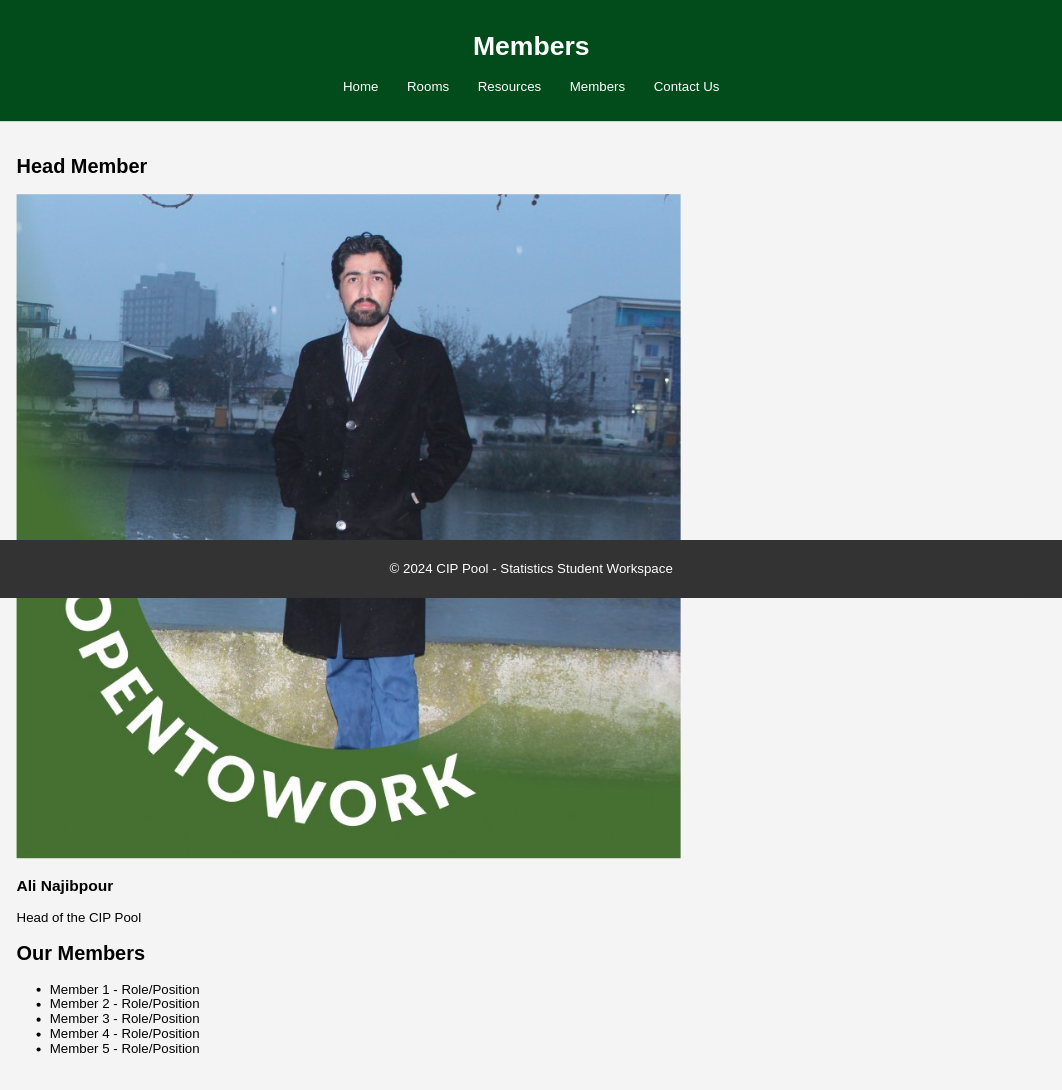
Repository: anjalisarawgi/cip_website
Page: members.html
The author's editor kept a copy of each file at every save. The page is drawn from the files as they stood at one save, then again after the next save.
The browser window is 1280 px wide. The pictures show the whole page, at 83% of full size.

Above is the page before, as saved 2024-06-14 11:47:36.

### members.html
<!DOCTYPE html>
<html lang="en">
<head>
    <meta charset="UTF-8">
    <meta name="viewport" content="width=device-width, initial-scale=1.0">
    <title>Members - CIP Pool</title>
    <link rel="stylesheet" href="styles.css">
</head>
<body>
    <header>
        <h1>Members</h1>
        <nav>
            <ul>
                <li><a href="index.html">Home</a></li>
                <li><a href="rooms.html">Rooms</a></li>
                <li><a href="resources.html">Resources</a></li>
                <li><a href="members.html">Members</a></li>
                <li><a href="contact.html">Contact Us</a></li>
            </ul>
        </nav>
    </header>
    <main>
        <section>
            <h2>Head Member</h2>
            <div class="member">
                <img src="images/ali.jpeg" alt="Ali Najibpour" class="member-photo">
                <div class="member-info">
                    <h3>Ali Najibpour</h3>
                    <p>Head of the CIP Pool</p>
                </div>
            </div>
        </section>
        <section>
            <h2>Our Members</h2>
            <ul>
                <li>Member 1 - Role/Position</li>
                <li>Member 2 - Role/Position</li>
                <li>Member 3 - Role/Position</li>
                <li>Member 4 - Role/Position</li>
                <li>Member 5 - Role/Position</li>
            </ul>
        </section>
    </main>
    <footer>
        <p>&copy; 2024 CIP Pool - Statistics Student Workspace</p>
    </footer>
</body>
</html>

### styles.css
body {
    font-family: Arial, sans-serif;
    margin: 0;
    padding: 0;
    background-color: #f4f4f4;
}

header {
    background-color: #014c1a;
    color: white;
    padding: 1em 0;
    text-align: center;
}

nav ul {
    list-style-type: none;
    padding: 0;
}

nav ul li {
    display: inline;
    margin: 0 15px;
}

nav ul li a {
    color: white;
    text-decoration: none;
}

main {
    padding: 20px;
}

footer {
    background-color: #333;
    color: white;
    text-align: center;
    padding: 10px 0;
    position: fixed;
    bottom: 0;
    width: 100%;
}

section {
    margin-bottom: 20px;
}

form {
    display: flex;
    flex-direction: column;
}

form label {
    margin-top: 10px;
}

form input, form textarea, form button {
    margin-top: 5px;
    padding: 10px;
    width: 100%;
    max-width: 500px;
}

form button {
    background-color: #333;
    color: white;
    border: none;
    cursor: pointer;
}

form button:hover {
    background-color: #555;
}

After the next save:
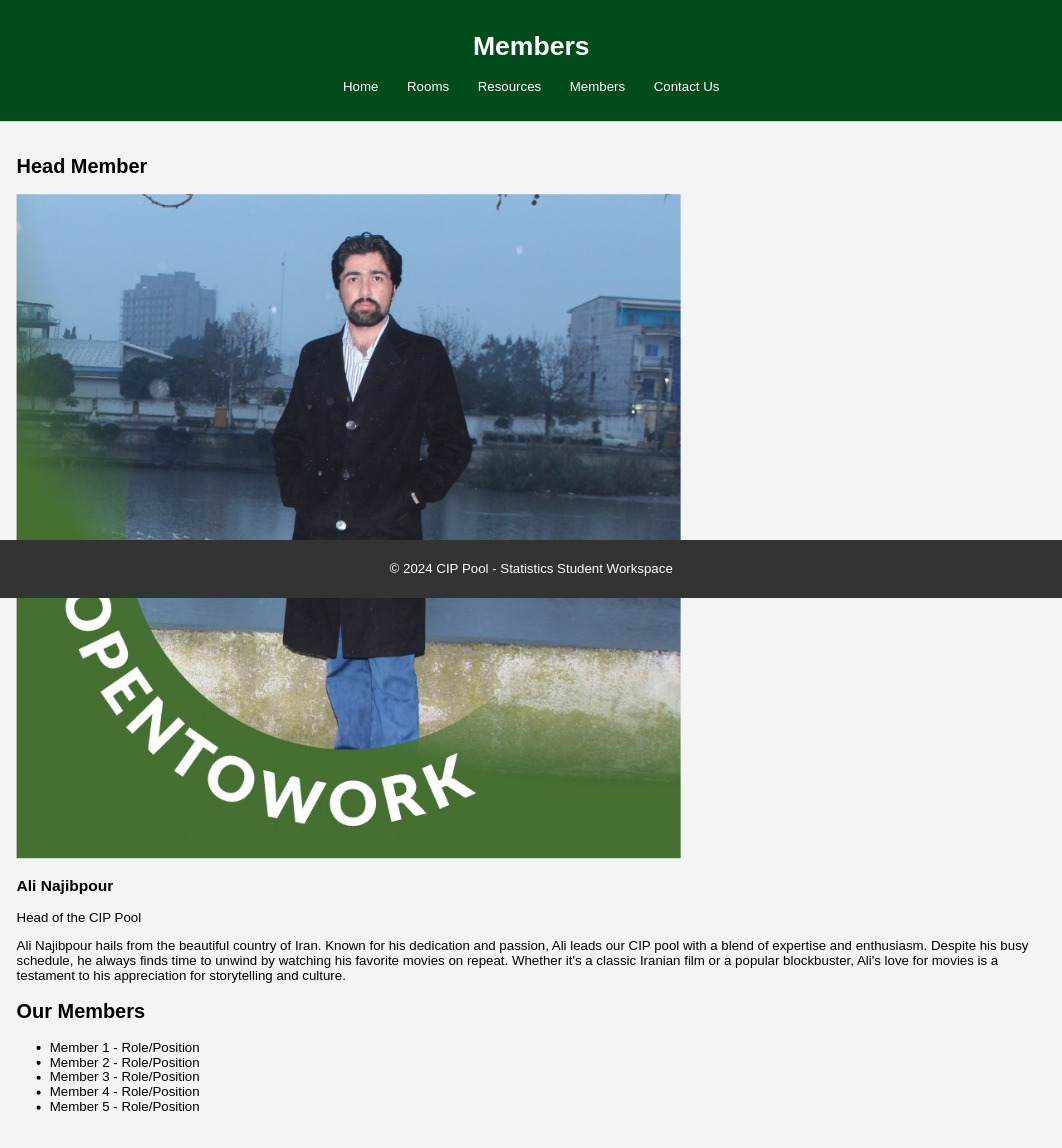
Saved 71 s later.
--- a/members.html
+++ b/members.html
@@ -27,6 +27,7 @@
                 <div class="member-info">
                     <h3>Ali Najibpour</h3>
                     <p>Head of the CIP Pool</p>
+                    <p>Ali Najibpour hails from the beautiful country of Iran. Known for his dedication and passion, Ali leads our CIP pool with a blend of expertise and enthusiasm. Despite his busy schedule, he always finds time to unwind by watching his favorite movies on repeat. Whether it's a classic Iranian film or a popular blockbuster, Ali's love for movies is a testament to his appreciation for storytelling and culture.</p>
                 </div>
             </div>
         </section>
